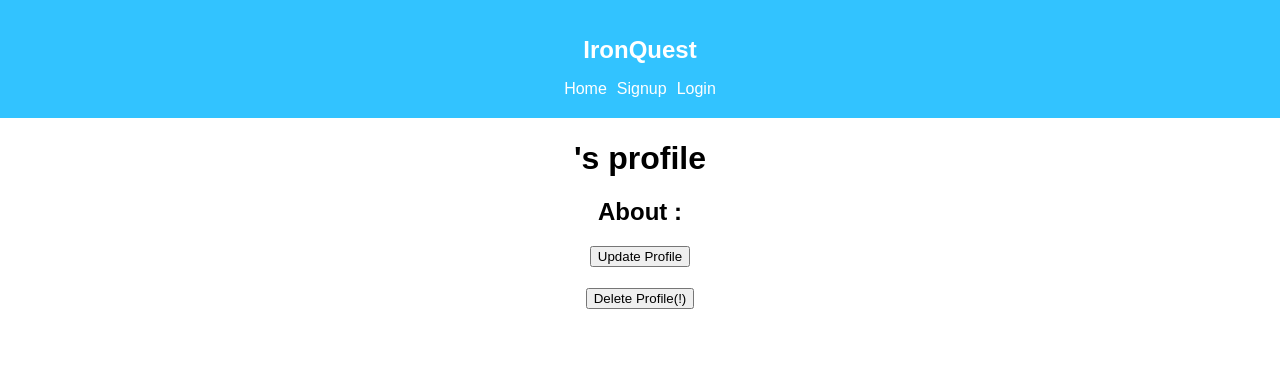
Repository: MikeTroianello/project4
Page: /profile (app in client/)
An editor plug-in stored every save of this project. The page is shown before and after the next save, followed by the edit.
The browser window is 1280 px wide. The pictures show the whole page.
The page's requests for data from a server got no answer. The project was rebuilt for these pictures with package versions that can differ from the ones it lists, and the page was loaded fresh each time. No one was signed in, and anything a server would have sent is missing. Also part of the build but not shown: client/src/components/pages/StoryPage.jsx, client/src/components/pages/CreateStory.jsx, client/src/components/pages/ReadStory.jsx, client/src/components/pages/Home.jsx, client/src/components/pages/Login.jsx, client/src/components/pages/Signup.jsx.

Above is the page before, as saved 2019-03-21 19:02:32.

After the next save:
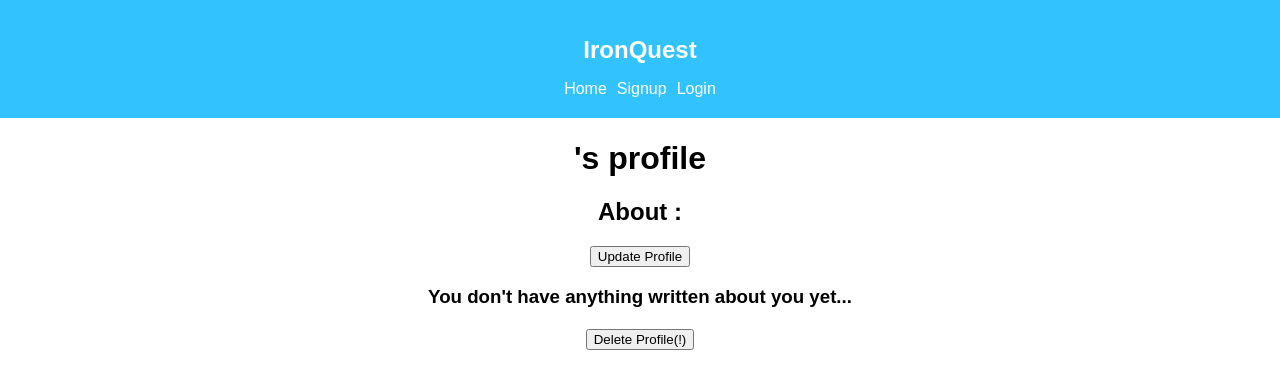
Saved 2 min 41 s later.
--- a/client/src/components/pages/Profile.jsx
+++ b/client/src/components/pages/Profile.jsx
@@ -44,7 +44,7 @@ export default class Profile extends Component{
       <h1>{this.state.user.username}'s profile</h1>
       <h2>About {this.state.user.username}:</h2>
       <button onClick={(e) => this.updateProfile()}>Update Profile</button><br></br>
-
+      {!this.state.user.about && <h3>You don't have anything written about you yet...</h3>}
       <h1>{this.state.user.about}</h1>
       <button onClick={(e) => this.deleteProfile()}>Delete Profile(!)</button>
       {this.state.show && <h1>DELETE PROFILE?!</h1>}
